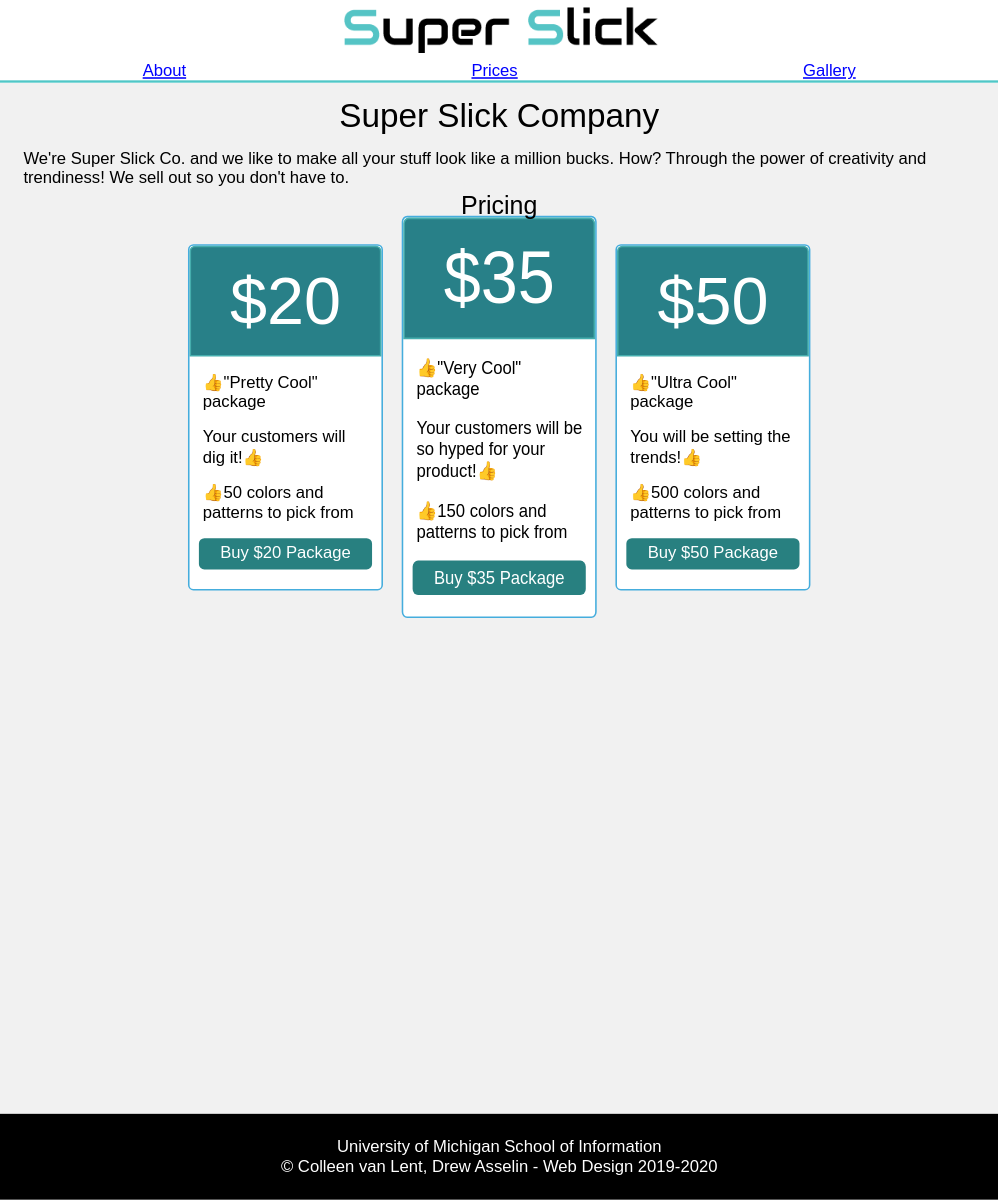
Repository: jiaqili0803/SI_539
Page: hw6-2021-main/homework.html
The author's editor kept a copy of each file at every save. The page is drawn from the files as they stood at one save, then again after the next save.
The browser window is 1280 px wide. The pictures show the whole page, at 78% of full size.
Some web fonts or font styles are not loaded; a fallback is used.

Above is the page before, as saved 2021-10-29 14:06:25.

After the next save:
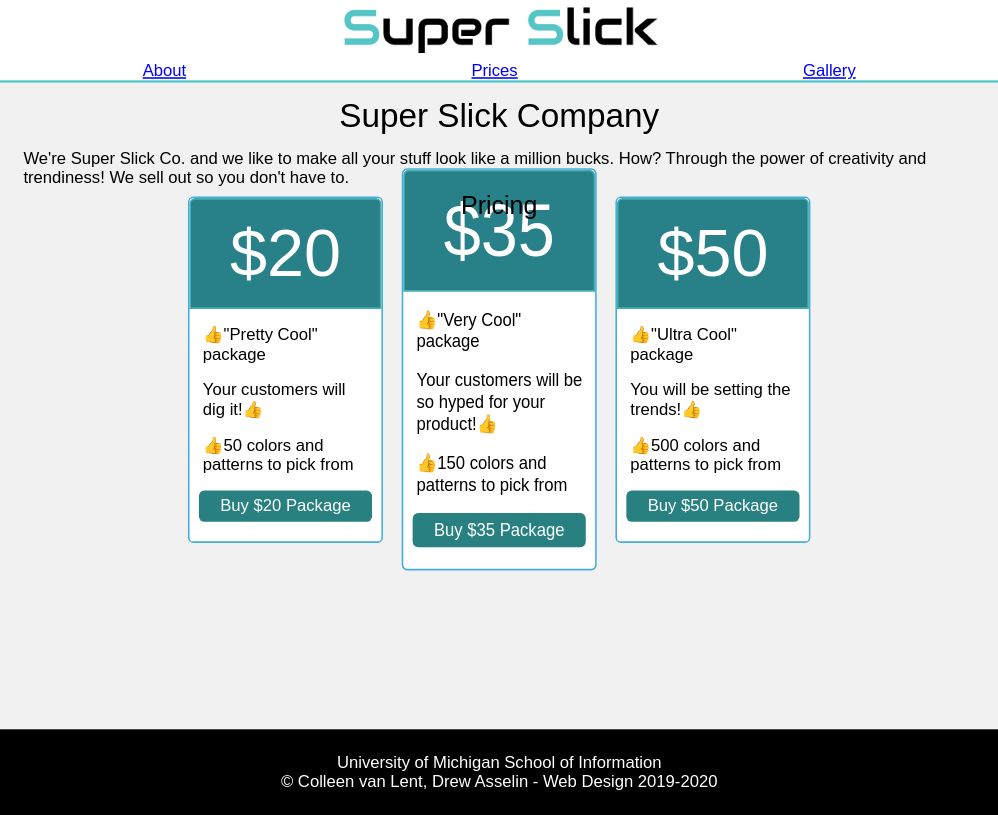
Saved 2 min 1 s later.
--- a/hw6-2021-main/css/style.css
+++ b/hw6-2021-main/css/style.css
@@ -165,7 +165,7 @@ to {
 
     .pricing{
         display: flex;
-        margin: 0;
+        position: absolute;
         bottom: 0;
     }
 
